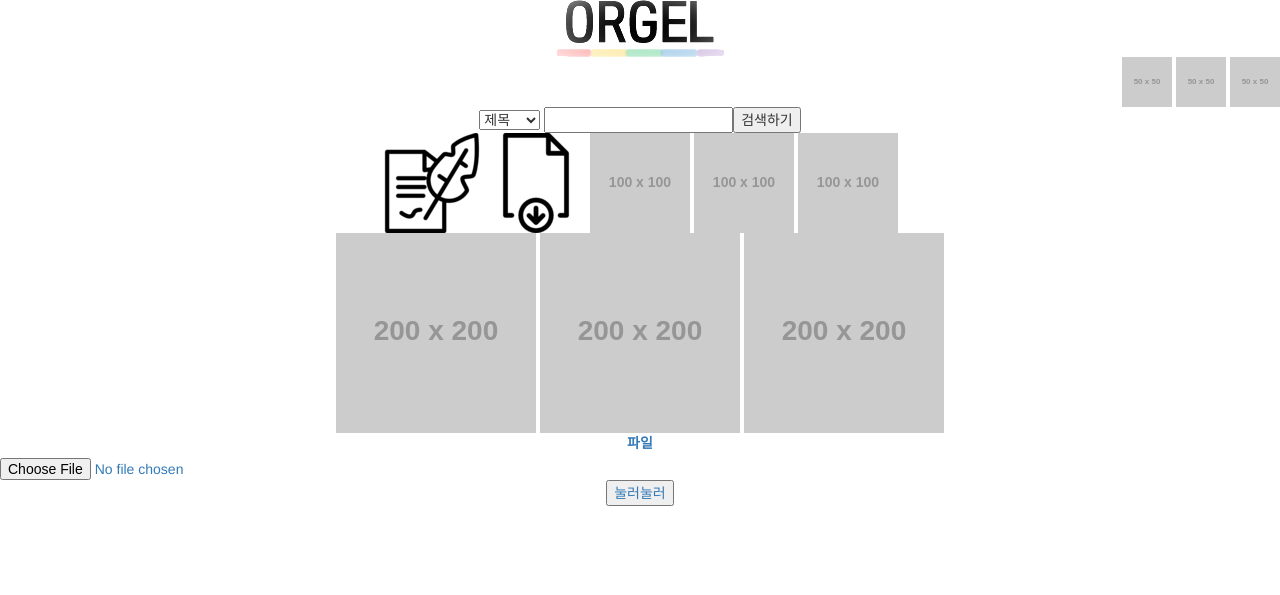
Repository: 2018YoungJinCollege-Com-3WDJ-3Group/WebCode
Page: http://localhost/main
The author's editor kept a record of every edit. The page is drawn from the files as they stood at one moment, then again after the next edit.
The browser window is 1280 px wide. The pictures show the whole page.
The page is served by the project's Laravel application, run on PHP 8.4 with Laravel 8. Other server files are loaded and not shown.

Above is the page before.
Console error (its wording comes from the project's code and is left out).

### project_0321/routes/web.php
<?php

/*
|--------------------------------------------------------------------------
| Web Routes
|--------------------------------------------------------------------------
|
| Here is where you can register web routes for your application. These
| routes are loaded by the RouteServiceProvider within a group which
| contains the "web" middleware group. Now create something great!
|
*/
//개인적으로 쓰이는 test파일 경로
Route::get('minsuk',function(){
   return view('minsuk');
});



Route::get('/test',function(){
    return view('test');
});

Route::get('/', function (){
    return view('project');
});
Route::get('sellboard/search','SellBoardController@search')->name('sellboard.search');

//mobile라우트
Route::resource('Msellboard','MoblieSellBoardController');
Route::resource('sellboard','SellBoardController');
Route::resource('main','MainController');
Route::post('main/transfer','MainController@transfer')->name('upload');
Route::get('register','Auth\RegisterController@create');
Route::post('register','Auth\RegisterController@store')->name('register');
Route::post('duplication','Auth\RegisterController@namecheck')->name('duplication');
Route::resource('login','Auth\LoginController');

### project_0321/app/Http/Controllers/MainController.php
<?php

namespace App\Http\Controllers;
use App\Score;
use Illuminate\Http\Request;

class MainController extends Controller
{
    /**
     * Display a listing of the resource.
     *
     * @return \Illuminate\Http\Response
     */
    public function index()
    {
        //
        return view('main.index');
    }

    /**
     * Show the form for creating a new resource.
     *
     * @return \Illuminate\Http\Response
     */
    public function create()
    {
        //
        return view('main.create');
    }

    /**
     * Store a newly created resource in storage.
     *
     * @param  \Illuminate\Http\Request  $request
     * @return \Illuminate\Http\Response
     */
    public function store(Request $request)
    {
        //
        $post=new Score();
        $post->writer='root';
        $post->title='root';
        //악보가 필요해
        $post_string=$request->get('tempo').";".$request->get('score');
        $post->scorestring=$post_string;
        $post->thumnail='root';
        $post->save();
        $response = array(
            'status' => 'success',
            'msg' => 'Setting created successfully',
        );
        return \Response::json($response);
    }

    /**
     * Display the specified resource.
     *
     * @param  int  $id
     * @return \Illuminate\Http\Response
     */
    public function show($id)
    {
        //
    }

    /**
     * Show the form for editing the specified resource.
     *
     * @param  int  $id
     * @return \Illuminate\Http\Response
     */
    public function edit($id)
    {
        //
    }

    /**
     * Update the specified resource in storage.
     *
     * @param  \Illuminate\Http\Request  $request
     * @param  int  $id
     * @return \Illuminate\Http\Response
     */
    public function update(Request $request, $id)
    {
        //
    }

    /**
     * Remove the specified resource from storage.
     *
     * @param  int  $id
     * @return \Illuminate\Http\Response
     */
    public function destroy($id)
    {
        //
    }
    public function transfer(Request $request){
    $file=$request->file('file');
    $file->move(public_path('upload'),$file->getClientOriginalName());
    $_SESSION['file_path']=public_path('upload')."/".$file->getClientOriginalName();
    return $_SESSION['file_path'];
    }



}

### project_0321/resources/views/main/index.blade.php
@extends('layouts.master')
@section('content')

    <script>
        function pop_up() {
            alert('팝업');
        }
    </script>


    <div>
        <!--악보 작성-->
        <a href="{{route('main.create')}}"><img src="http://via.placeholder.com/200x200"></a>
        <!--악보 수정-->
        <a href="https://placeholder.com"><img src="http://via.placeholder.com/200x200"></a>
        <!--악보 변환 클릭시 파일 선택창 팝업-->
        <a href=""><img src="http://via.placeholder.com/200x200" onclick="pop_up()">
        <div>
          <form method="post" action="{{route('upload')}}" enctype="multipart/form-data">
          <input type="hidden" name="_token" value="{{csrf_token()}}">

        <div class="form-group">
        <label name="file" for="file">파일</label>
        <input type="file" name="file" value=""/>
        <input type="submit" value="눌러눌러"/>
        </div>
        </div>
        </a>
    </div>


@stop

### project_0321/resources/views/layouts/master.blade.php
<!doctype html>
<html lang="{{ app()->getLocale() }}">
<head>
    <meta charset="UTF-8">

    <!--Bootstrap frame work-->
    <link rel="stylesheet" href="{!! asset('css/bootstrap.css') !!}">
    <link rel="stylesheet" href="{!! asset('css/bootstrap-theme.css') !!}">
    <script src="{{asset('js/bootstrap.js')}}"></script>

    <!--개인용 css 링크-->
    <link rel="stylesheet" href="{!! asset('css/persnoal.css?ver=1') !!}">





    <style>
        .content {
            text-align: center;
        }
        .user_icon{
            text-align: right;
        }
    </style>
</head>
<body>
<div class="content" style="margin: auto;">
    <div style="margin: auto;">
        <a href="{{ url('/') }}"><img src="/img/logotype_icon.png"></img></a>
    </div>
    <div class="user_icon">
        <a href="https://placeholder.com"><img src="http://via.placeholder.com/50x50"></a>
        <a href="https://placeholder.com"><img src="http://via.placeholder.com/50x50"></a>
        <a href="https://placeholder.com"><img src="http://via.placeholder.com/50x50"></a>
    </div>
    <div>
        <form method="get" action="{{route('sellboard.search')}}">
        <select name="search_tag">
                        <option value="1">제목</option>
                        <option value="2">내용</option>
                        <option value="3">저작자</option>

        </select>
        <input type="text" name="search"><input type="submit" value="검색하기">
        </form>
    </div>
    <div class="menu_icon">
        <a href="{{route('main.index')}}"><img src="/img/mk_score_icon_resized.png"></a>
        <a href="{{route('sellboard.index')}}"><img src="/img/dl_file_icon_resized.png"></a>
        <a href="https://placeholder.com"><img src="http://via.placeholder.com/100x100"></a>
        <a href="https://placeholder.com"><img src="http://via.placeholder.com/100x100"></a>
        <a href="https://placeholder.com"><img src="http://via.placeholder.com/100x100"></a>
    </div>
    @yield('content')
</div>
</body>
</html>

### project_0321/public/css/persnoal.css
#pianoTable{
    font-size: 7pt;
    width : 26px;

    vertical-align: middle;

}

#theadOfPianoTable>th{
    background-image: url("../img/cell_head.png");
    background-size: 25;
    text-align: center;

}

.cell-piano{
    text-align: center;
    background-color: white;
    background-image: url("../img/cell_unput.png");
    background-size: cover;



}

.cell-piano:hover{
    background-color: green;
    background-image: url("../img/cell_input.png");

}


.cell-piano-input{
    background-image: url("../img/cell_input.png");
    background-image: cover;
}



#theadOfPianoTable th:hover{
    background-color: black;
    color: white;
}


.line-focus {
    background-color: black;
    color: white;
    background-image: url("../img/cell_play.png");
    background-image: cover;
}


.crossFocus {
    background-image: url("../img/cell_cross.png");
    background-image: cover;
    font-weight: bold;
    color: white;
}

Loaded but not shown: project_0321/app/Http/Controllers/Controller.php (common file); project_0321/public/css/bootstrap.css (library); project_0321/public/css/bootstrap-theme.css (library); project_0321/public/js/bootstrap.js (library)

After the next edit:
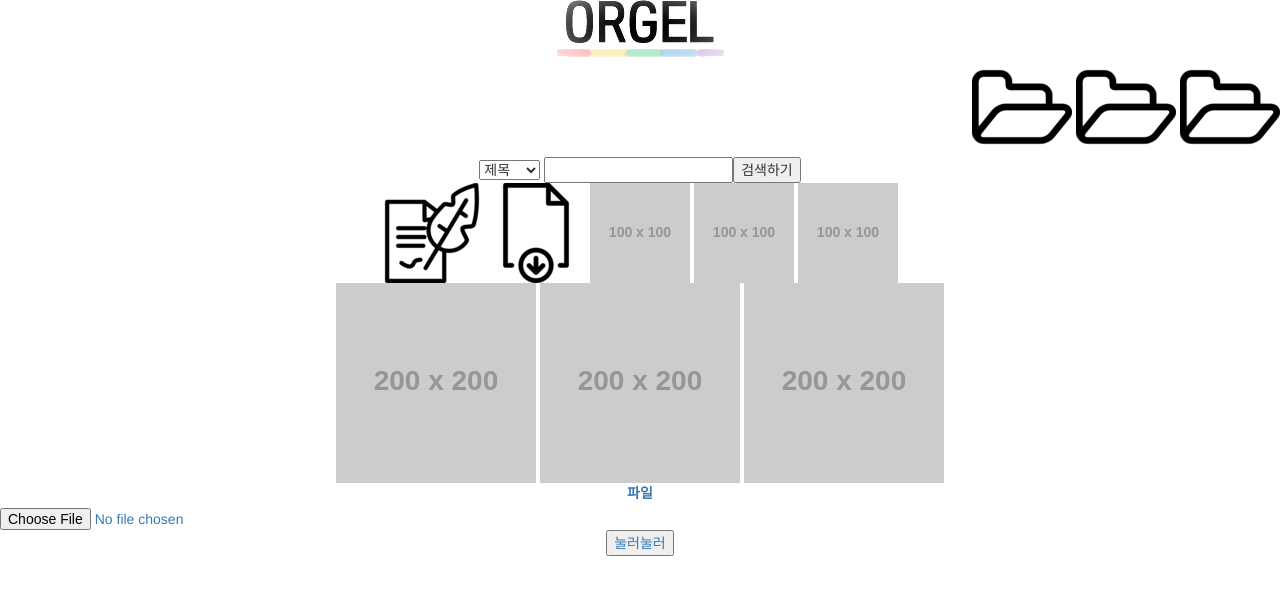
The edit:
--- a/project_0321/resources/views/layouts/master.blade.php
+++ b/project_0321/resources/views/layouts/master.blade.php
@@ -30,9 +30,9 @@
         <a href="{{ url('/') }}"><img src="/img/logotype_icon.png"></img></a>
     </div>
     <div class="user_icon">
-        <a href="https://placeholder.com"><img src="http://via.placeholder.com/50x50"></a>
-        <a href="https://placeholder.com"><img src="http://via.placeholder.com/50x50"></a>
-        <a href="https://placeholder.com"><img src="http://via.placeholder.com/50x50"></a>
+        <a href="https://placeholder.com"><img src="/img/op_folder_icon.png"></a>
+        <a href="https://placeholder.com"><img src="/img/op_folder_icon.png"></a>
+        <a href="https://placeholder.com"><img src="/img/op_folder_icon.png"></a>
     </div>
     <div>
         <form method="get" action="{{route('sellboard.search')}}">
